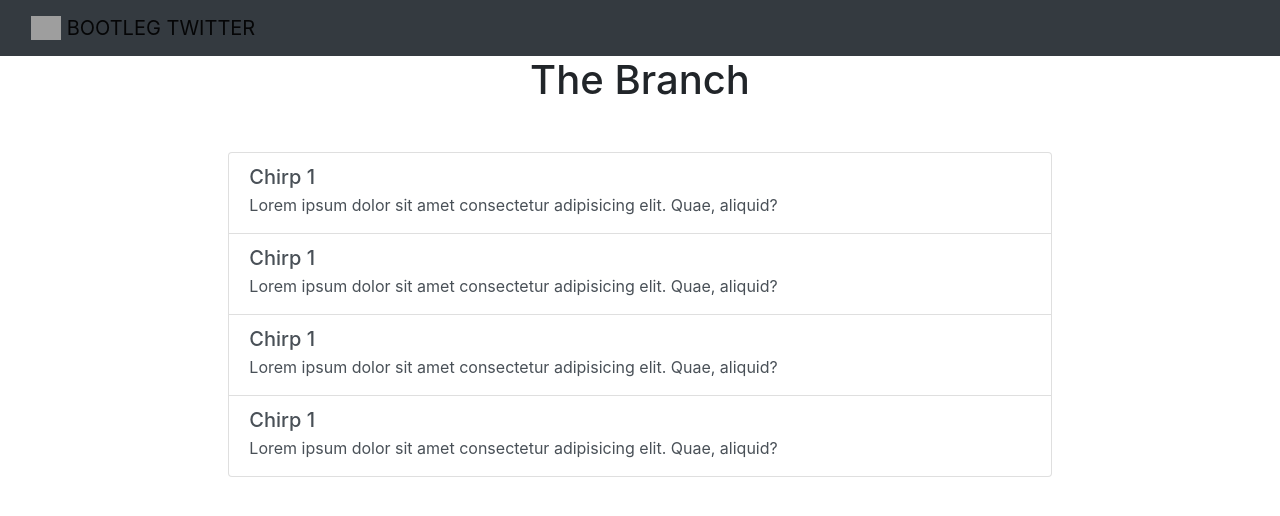
Repository: DavidDontKnow/BootlegTwitter
Page: html/FEED.HTML
These files come from the project's save history. The page is drawn as it stood at one moment and after the next save; the edit follows.
The browser window is 1280 px wide. The pictures show the whole page.
Pictures or frames that could not be fetched are drawn as grey boxes.

Above is the page before, as saved 2023-04-06 10:58:43.

After the next save:
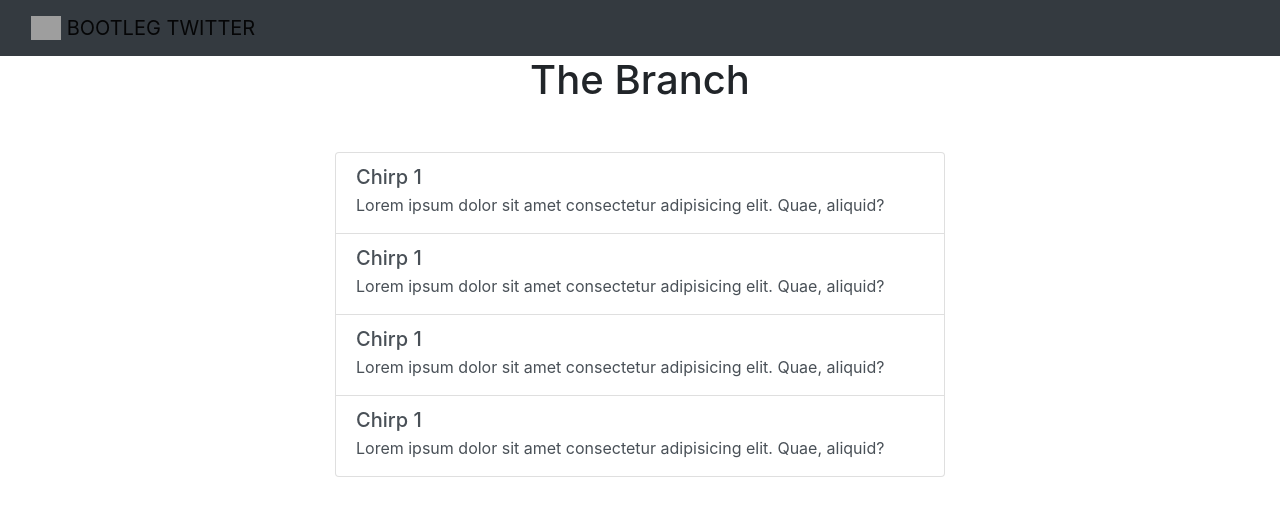
Saved 17 s later.
--- a/html/FEED.HTML
+++ b/html/FEED.HTML
@@ -22,8 +22,8 @@
 
       <div class="container-fluid">
         <div class="row">
-            <div class="col-md-2"></div>
-            <div class="col-md-8">
+            <div class="col-md-3"></div>
+            <div class="col-md-6">
                 <h1 class="text-center mb-5">The Branch</h1>
                 <div class="list-group">
                     <a href="#" class="list-group-item list-group-item-action">
@@ -44,7 +44,7 @@
                     </a>
                 </div>
             </div>
-            <div class="col-md-2"></div>
+            <div class="col-md-3"></div>
         </div>
       </div>
 
